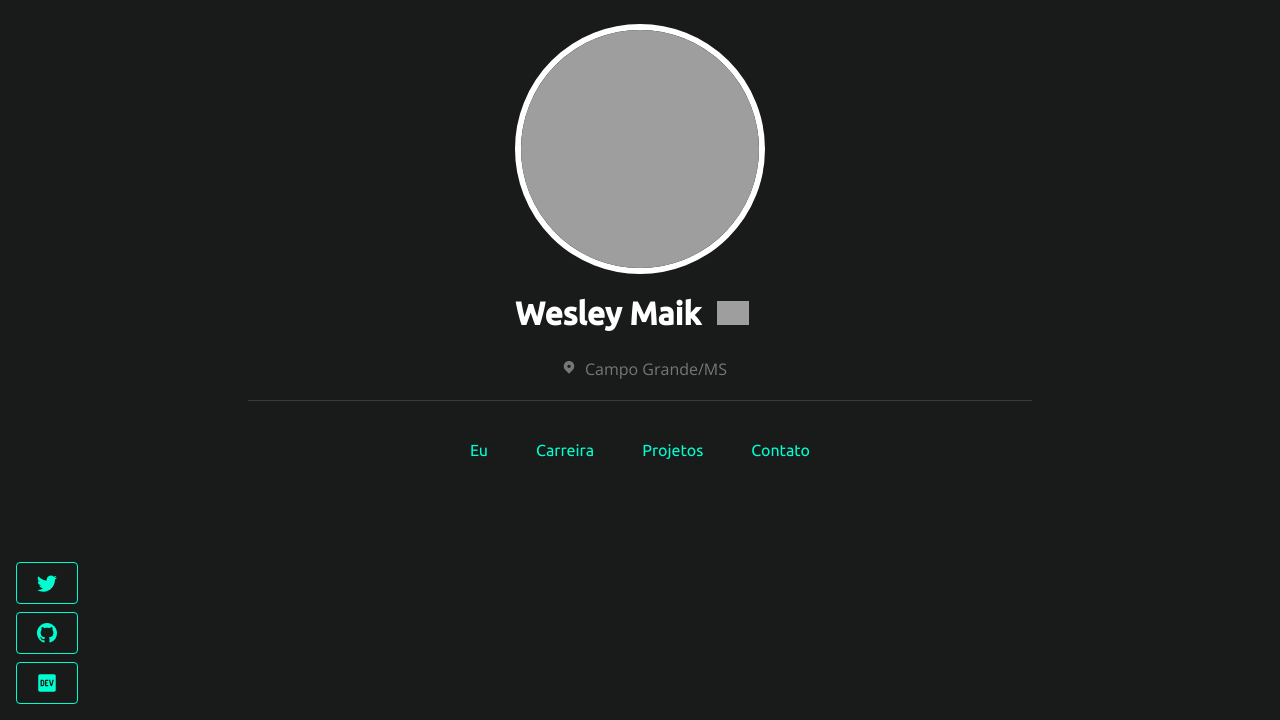
Repository: WesleyMaik/wesleymaik.github.io
Page: /
An editor plug-in stored every save of this project. The page is shown before and after the next save, followed by the edit.
The browser window is 1280 px wide. The pictures show the whole page.
Pictures or frames that could not be fetched are drawn as grey boxes. The page's requests for data from a server got no answer. The project was rebuilt for these pictures with package versions that can differ from the ones it lists, and the page was loaded fresh each time. No one was signed in, and anything a server would have sent is missing. Also part of the build but not shown: vite.config.ts.

Above is the page before, as saved 2022-08-08 14:06:26.

### index.html
<!DOCTYPE html>
<html lang="pt-br">
  <head>
    <meta charset="UTF-8" />
    <link rel="icon" type="image/svg+xml" href="/vite.svg" />
    <meta name="viewport" content="width=device-width, initial-scale=1.0" />
    <title>Wesley Maik - Portifólio</title>
  </head>
  <body>
    <div id="root"></div>
    <script type="module" src="/src/main.tsx"></script>
  </body>
</html>

### src/main.tsx
//Modules
import React from 'react'
import ReactDOM from 'react-dom/client'
import App from './pages'

//Style
import "./styles/global.scss";

ReactDOM.createRoot(document.getElementById('root') as HTMLElement).render(
  <React.StrictMode>
    <App />
  </React.StrictMode>
)

### src/pages/index.tsx
//Modules
import styled from "styled-components";
import ScrollReaveal from 'scrollreveal';

//Components
import Header from "../components/template/header";

const App = () => {
    const Main = styled.main`
      max-width:800px;

      position:relative;

      margin:auto;
    `;

    ScrollReaveal().reveal('.test', {delay:1000, opacity:50})

    return(
      <Main className="test">
        <Header />
      </Main>
    );
};

export default App

### src/styles/global.scss
//Fonts
@import url('https://fonts.googleapis.com/css2?family=Open+Sans:wght@300;400;600&family=Poppins:wght@300;400;600&family=Roboto+Mono:wght@300;400;700&family=Ubuntu:wght@300;400;500&display=swap');

:root{
    --bg-primary:#181b19;
    --bg-secundary:#2c372e;
    --color-default:#fff;
    --color-primary:#00ffd0;
    --color-secundary:#01dba4;
    --color-fade:#01dba410;
}

*{
    box-sizing: border-box;
    transition: all ease 0.25s;
}

html, body{
    margin:0;

    color:var(--color-default);
    background-color: var(--bg-primary);

    font-family: 'Arial', 'Tahoma';
}

h1, h2, h3, h4, h5, h6{
    font-family: 'Poppins', 'Arial';
}

p{
    font-family: 'Open Sans', 'Arial';
}

div, span{
    font-family: 'Ubuntu', 'Arial';
}

a{
    color: var(--color-primary);
    text-decoration: none;
}

hr{
    width:100%;
    border:none;
    border-top: 1px solid #ffffff25;
}

### src/components/template/header.tsx
import styled from "styled-components";
import Avatar from "../avatar";
import Github from "./github";
import Navigation from "./navigation";
import { SocialFloat } from "./social";

const Header = () => {
    const Header = styled.header`
        width:100%;
        min-height:20em;

        display:flex;
        flex-direction:column;
        align-items:center;
        gap:0.5em;

        padding:0.5em;
        margin:1em 0;

        .title{
            margin:0.25em 0;
            .icon{
                width:32px;
            }
        }
    `;

    return(
        <Header>
            <Avatar />
            <h1 className="title">
                <span>Wesley Maik</span>
                <img
                    className="icon"
                    src="https://raw.githubusercontent.com/MartinHeinz/MartinHeinz/master/wave.gif"
                    style={{ display: "inline-block", margin:'0 0.5em' }}
                    data-target="animated-image.originalImage"
                />
            </h1>

            <Github />
            <hr />
            <SocialFloat />
            <Navigation />
        </Header>
    )
};

export default Header;

### src/components/avatar/index.tsx
//Modules
import styled from "styled-components";

// https://api.github.com/users/wesleymaik

const Avatar = () => {
    const Content = styled.div`
        width:250px;
        height:250px;

        overflow:hidden;

        border:6px solid #fff;
        border-radius:50%;

        .img{
            width:100%;
            height:100%;
        }
    `;

    return(
        <Content>
            <img className="img" src="https://avatars.githubusercontent.com/u/85949116?v=4"/>
        </Content>
    )
};

export default Avatar;

### src/components/template/github.tsx
//Modules
import { useCallback, useEffect, useState } from "react";
import styled from "styled-components";
import { api } from "../../services/api";

//Components
import { TiLocation } from 'react-icons/ti';
import { getGithubStats, setGithubStats } from "../../hook/session";

export interface IGithub {
    login: string;
    id: number;
    node_id: string;
    avatar_url: string;
    gravatar_id: string;
    url: string;
    html_url: string;
    followers_url: string;
    following_url: string;
    gists_url: string;
    starred_url: string;
    subscriptions_url: string;
    organizations_url: string;
    repos_url: string;
    events_url: string;
    received_events_url: string;
    type: string;
    site_admin: boolean;
    name: string;
    company: string;
    blog: string;
    location: string;
    email: string;
    hireable: string;
    bio: string;
    twitter_username: string;
    public_repos: number;
    public_gists: number;
    followers: number;
    following: number;
    created_at: string;
    updated_at: string;
};


const gitInfo = {};

const Github = () => {
    const Container = styled.div`
        width:100%;

        display:flex;
        flex-direction:column;
        justify-content:center;
        align-items:center;
        gap:0.5em;

        .location{
            .title{
                color:#d3d3d380;
            }
        }

        .info{
            width:100%;

            display:flex;
            flex-direction:row;
            gap:0.5em;


            .card{
                width:100%;

                display:flex;
                align-items:center;
                flex-direction:column;
                gap:0.5em;

                padding:1em;

                background-color:var(--color-fade);

                border-radius:4px;

                *{
                    margin:0;
                }

                .title{
                    font-weight:300;
                }
            }
        }
    `;

    const savedData = getGithubStats();

    const [data, setData] = useState<IGithub | null>(savedData || null),
          handleData = useCallback((data:IGithub) => {
            setData(data);
          }, [data])

    useEffect(() => {
        if(!Boolean(savedData)){
            api.get('https://api.github.com/users/wesleymaik')
            .then((response) => {
                const result = response.data as IGithub;
                handleData(result);
                setGithubStats(result)
            })
            .catch((err) => {
                console.log(err);
            });
        };
    });

    return(
        <Container>
                <div className="location">
                    <p className="title"><TiLocation className="icon" />{ data?.location || 'Campo Grande/MS' }</p>
                </div>
                {
                    data &&
                    <>
                    <div className="info">
                        <div className="card">
                            <h2 className="text">{ data?.public_repos }</h2>
                            <h5 className="title">Repositórios</h5>
                        </div>
                        <div className="card">
                            <h2 className="text">{ data?.followers }</h2>
                            <h5 className="title">Seguidores</h5>
                        </div>
                        <div className="card">
                            <h2 className="text">{ data?.following }</h2>
                            <h5 className="title">Seguindo</h5>
                        </div>
                    </div>
                    </>
                }
        </Container>
    )
};

export default Github;

### src/components/template/navigation.tsx
//Modules
import styled from "styled-components";

const Navigation = () => {
    const Container = styled.div`
        display:flex;
        flex-direction:row;
        justify-content:center;
        align-items:center;
        gap:2em;

        padding:1em;

        a{
            padding:0.5em;
            border-bottom:2px solid transparent;

            &:hover{
                background-color:var(--color-fade);
                border-bottom-color:var(--color-primary);
            }

            &:active{
                color: var(--color-secundary);
            }
        }
    `;

    return(
        <Container>
            <a href="#me">Eu</a>
            <a href="#carrer">Carreira</a>
            <a href="#project">Projetos</a>
            <a href="#contact">Contato</a>
        </Container>
    )
};

export default Navigation;

### src/components/template/social.tsx
//Modules
import styled from "styled-components";

//Component
import { BsTwitter, BsGithub } from 'react-icons/bs';
import { FaDev } from 'react-icons/fa';
import { HTMLAttributes } from "react";

interface ISocial extends HTMLAttributes<HTMLDivElement>{
    name?:boolean,
    direction?:"row" | "column"
};

const Social = (props:ISocial) => {
    const Container = styled.div`
        width:100%;

        display:flex;
        flex-direction:${!props.direction ? 'row' : props.direction};
        justify-content:center;
        gap:0.5em;

        z-index:10;

        .btn{
            cursor: pointer;

            display:flex;
            flex-direction:row;
            gap:0.5em;

            color:var(--color-primary);
            font-size:1.25em;

            border:1px solid var(--color-primary);
            border-radius:4px;
            padding:0.5em 1em;

            background-color:var(--bg-primary);

            &:hover{
                background-color:var(--color-fade);
            }

            .text{
                ${!props.name && 'display:none;'}
            }
        }
    `;

    return(
        <Container {...props}>
            <a href="https://twitter.com/euwesleymaik" target="_blank">
                <div className="btn">
                    <BsTwitter />
                    <span className="text">Twitter</span>
                </div>
            </a>
            <a href="https://github.com/WesleyMaik" target="_blank">
                <div className="btn">
                    <BsGithub />
                    <span className="text">Github</span>
                </div>
            </a>
            <a href="https://dev.to/wesleymaik" target="_blank">
                <div className="btn">
                    <FaDev />
                    <span className="text">Dev.to</span>
                </div>
            </a>
        </Container>
    )
};

export const SocialFloat = () => {
    const Container = styled.div`
        position:fixed;
        bottom:0;
        left:0;

        margin:1em;
    `;

    return(
        <Container>
            <Social direction="column"/>
        </Container>
    )
};

export default Social;

### src/services/api.ts
//Modules
import axios from "axios";

//Api
export const api = axios.create();

### src/hook/session.ts
//Modules
import { IGithub } from "../components/template/github";

export const setSession = (key:string, data:any) => {
    const value = JSON.stringify(data);
    sessionStorage.setItem(key, value);
};

export const getSession = (key:string) => {
    const value = JSON.parse(String(sessionStorage.getItem(key))) || null;
    return value;
};

export const getGithubStats = () => {
    return getSession('github_stats') as IGithub;
};

export const setGithubStats = (data:IGithub) => {
    setSession('github_stats', data);
};

After the next save:
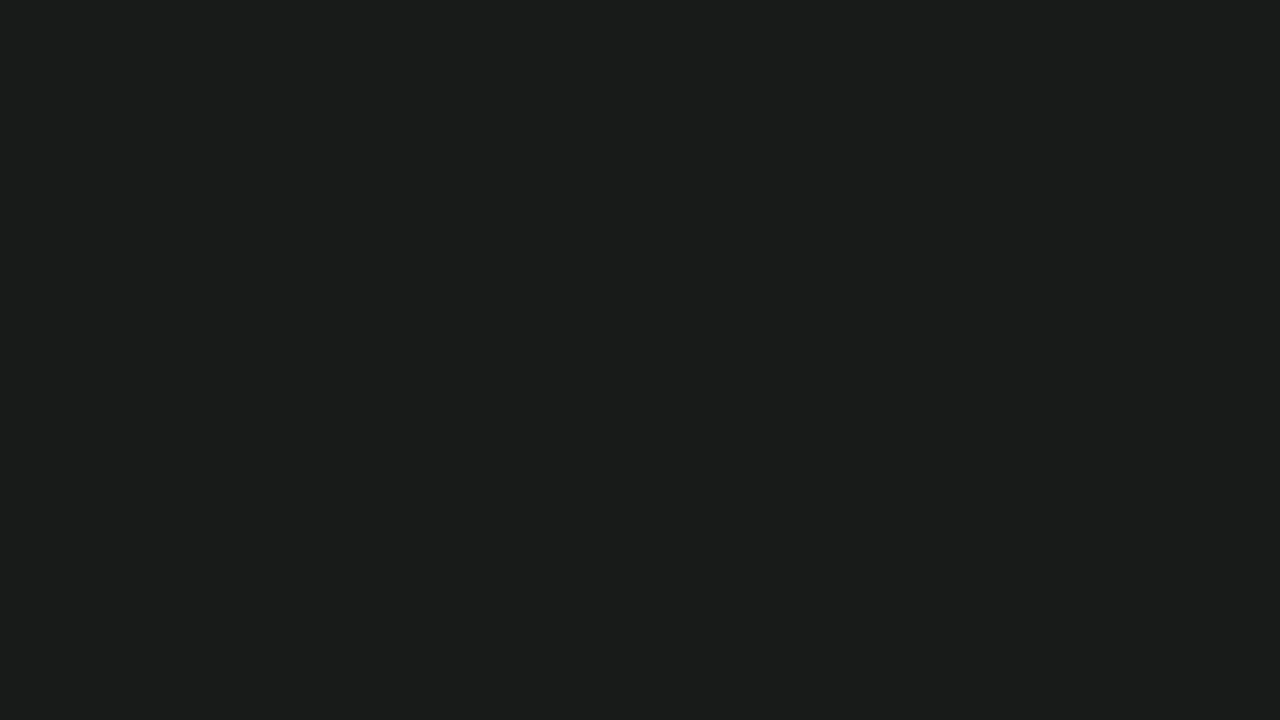
Console error: TypeError: import_scrollreveal.default.reveal is not a function
Saved 4 s later.
--- a/src/pages/index.tsx
+++ b/src/pages/index.tsx
@@ -14,7 +14,7 @@
       margin:auto;
     `;
 
-    ScrollReaveal().reveal('.test', {delay:1000, opacity:50})
+    ScrollReaveal.reveal('.test', {delay:1000, opacity:50})
 
     return(
       <Main className="test">

After the save that followed:
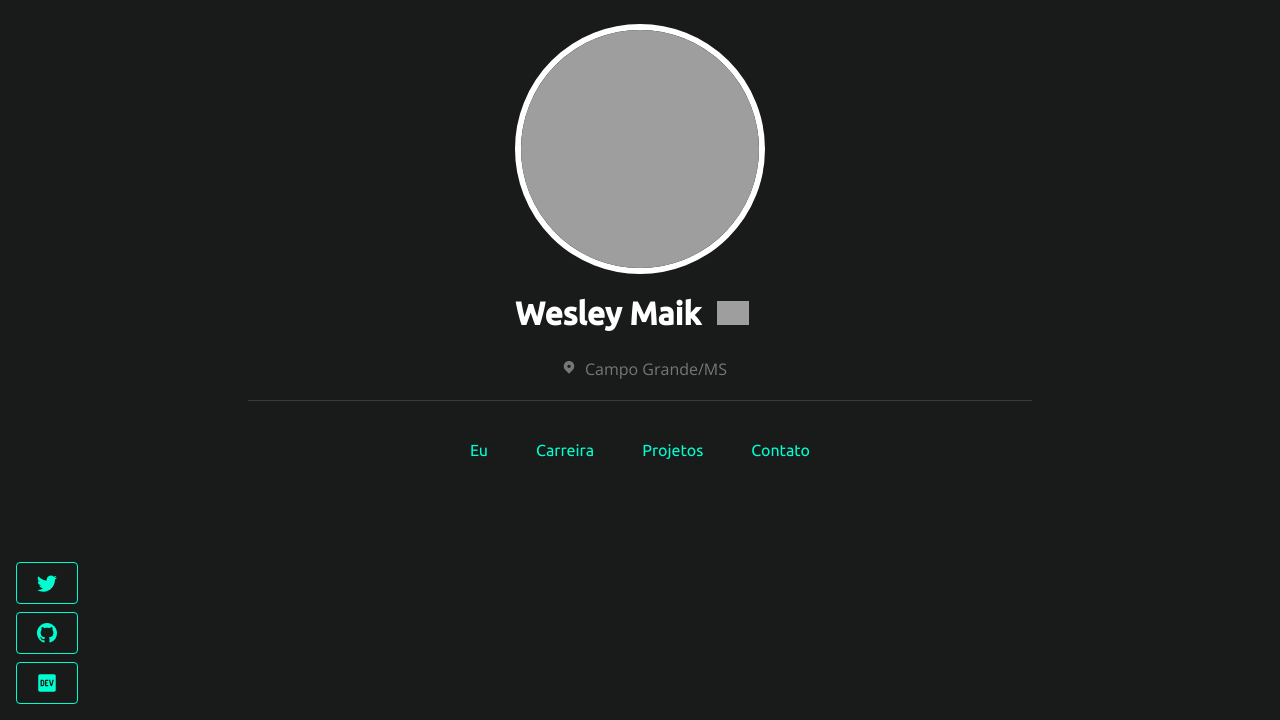
The error is gone.
Saved 5 s later.
--- a/src/pages/index.tsx
+++ b/src/pages/index.tsx
@@ -14,8 +14,6 @@
       margin:auto;
     `;
 
-    ScrollReaveal.reveal('.test', {delay:1000, opacity:50})
-
     return(
       <Main className="test">
         <Header />
